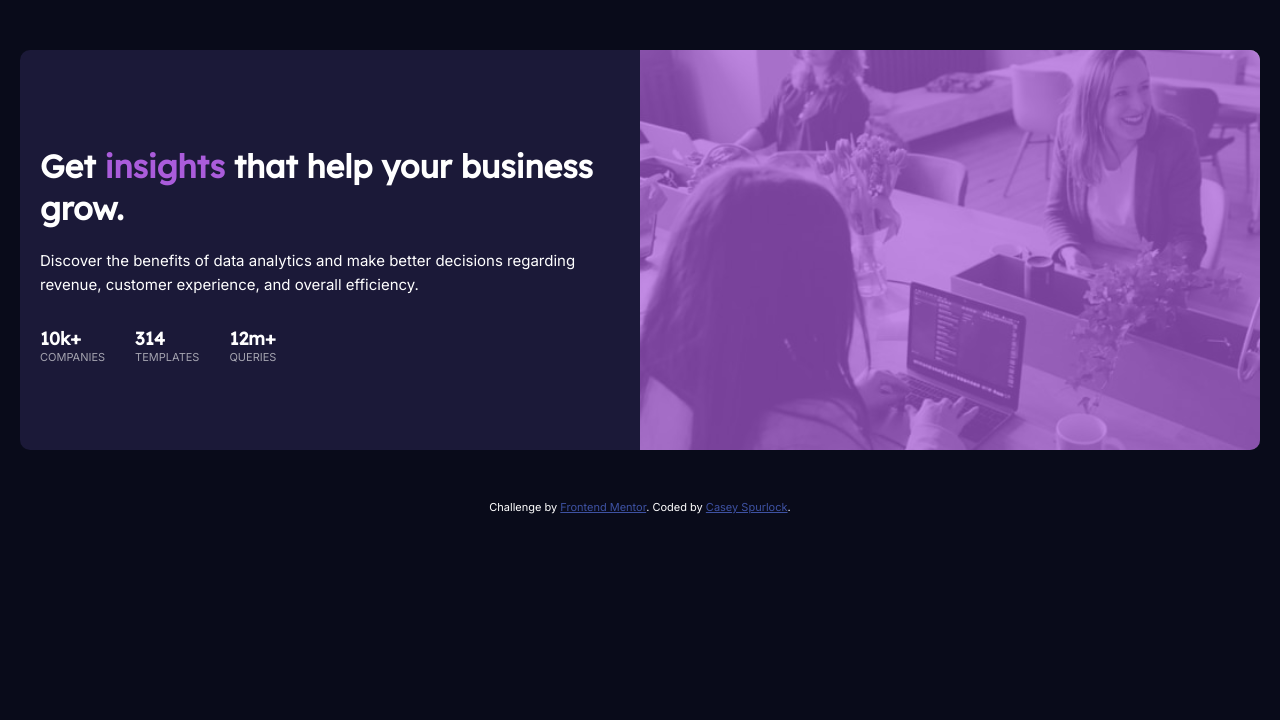
Repository: CaseySpurlock/stats-prewiew-component
Page: index.html
An editor plug-in stored every save of this project. The page is shown before and after the next save, followed by the edit.
The browser window is 1280 px wide. The pictures show the whole page.

Above is the page before, as saved 2021-06-22 12:31:08.

### index.html
<!DOCTYPE html>
<html lang="en">
<head>
  <meta charset="UTF-8">
  <meta name="viewport" content="width=device-width, initial-scale=1.0"> <!-- displays site properly based on user's device -->

  <link rel="icon" type="image/png" sizes="32x32" href="./images/favicon-32x32.png">

  <title>Frontend Mentor | Stats preview card component</title>

  <link rel="stylesheet" href="styles.css">
  <link rel="preconnect" href="https://fonts.googleapis.com">
  <link rel="preconnect" href="https://fonts.gstatic.com" crossorigin>
  <link href="https://fonts.googleapis.com/css2?family=Inter:wght@400;700&family=Lexend+Deca&display=swap" rel="stylesheet">

</head>

<body>

  <div class="container">
    <div class="card picture">
      <div class="overlay"></div>
    </div>
      <div class="card">
        <h1>Get <span>insights</span> that help your business grow.</h1>
      <p>Discover the benefits of data analytics and make better decisions regarding revenue, customer
        experience, and overall efficiency.</p>
        <ul>
          <li><span>10k+</span> companies</li>
          <li><span>314</span> templates</li>
          <li><span>12m+ </span> queries</li>
      </div>
      </div>








  <div class="attribution">
    Challenge by <a href="https://www.frontendmentor.io?ref=challenge" target="_blank">Frontend Mentor</a>.
    Coded by <a href="#">Casey Spurlock</a>.
  </div>
</body>
</html>

### styles.css
:root {
    --Very-dark-blue: hsl(233, 47%, 7%);
    --Dark-desaturated-blue: hsl(244, 38%, 16%);
    --Soft-violet: hsl(277, 64%, 61%);
    --White: hsl(0, 0%, 100%);
    --Slightly-transparent -white: hsla(0, 0%, 100%, 0.75);
    --Slightly-transparent-white: hsla(0, 0%, 100%, 0.6);
}

* {
    margin: 0;
    padding: 0;
    box-sizing: border-box;
}

img {
    max-width: 100%;
}

ul {
    list-style-type: none;
}

body {
    font-family: "Inter", sans-serif;
    background-color: var(--Very-dark-blue);
}

p {
    font-size: 15px;
    line-height: 1.6;
}

.container {
    background-color: var(--Dark-desaturated-blue);
    color: var(--White);
    margin: 50px 20px;
    padding: 0 0 20px;
    border-radius: 10px;
    text-align: center;
}

.container .picture  {
    background: url(./images/image-header-mobile.jpg)
    no-repeat center/cover;
    height: 400px;
    min-width: 50%;
    border-radius: 10px 10px 0 0;
}

.container .picture .overlay {
    background-color: hsl(277, 64%, 61%, .7);
    height: 400px;
    border-radius: 10px 10px 0 0;
}

.container .card p {
    padding: 0 20px;
    margin-bottom: 30px;
}

.container .card h1 {
    margin: 30px 0 20px;
    padding: 0 20px;
    line-height: 1.3;
    font-family: "lexend deca", sans-serif;
}

.container .card h1 span {
    color: var(--Soft-violet);
}

.container .card ul li {
    margin-bottom: 20px;
    text-transform: uppercase;
    color: hsla(0, 0%, 100%, 0.6);
}

.container .card ul li span {
    color: var(--White);
    display: block;
    text-transform: lowercase;
    font-weight: 700;
    font-family: "lexend deca", sans-serif;
}

.container .card ul {
    padding-left: 20px;
    display: flex;
}

.attribution {
    font-size: 11px;
    text-align: center;
    color: white;
    padding-bottom: 20px;
}
.attribution a {
    color: hsl(228, 45%, 44%);
}

@media (min-width: 768px) {
    .container {
        display: flex;
        flex-direction: row-reverse;
        align-items: center;
        justify-content: center;
        padding: 0;
        text-align: left;
    }

    .container .picture {
        background: url(./images/image-header-desktop.jpg) no-repeat center/cover;
        min-width: 50%;
        border-radius: 0 10px 10px 0;
    }

    .container .picture .overlay {
        background-color: hsl(277, 64%, 61%, .7);
        height: 400px;
        border-radius: 0 10px 10px 0;
    }

    .container .card ul li {

        margin-right: 30px;
        font-size: 11px;
    }

    .container .card ul li span {
        display: block;
        text-transform: lowercase;
        font-weight: 700;
        font-family: "lexend deca", sans-serif;
        font-size: 18px;
    }
}

After the next save:
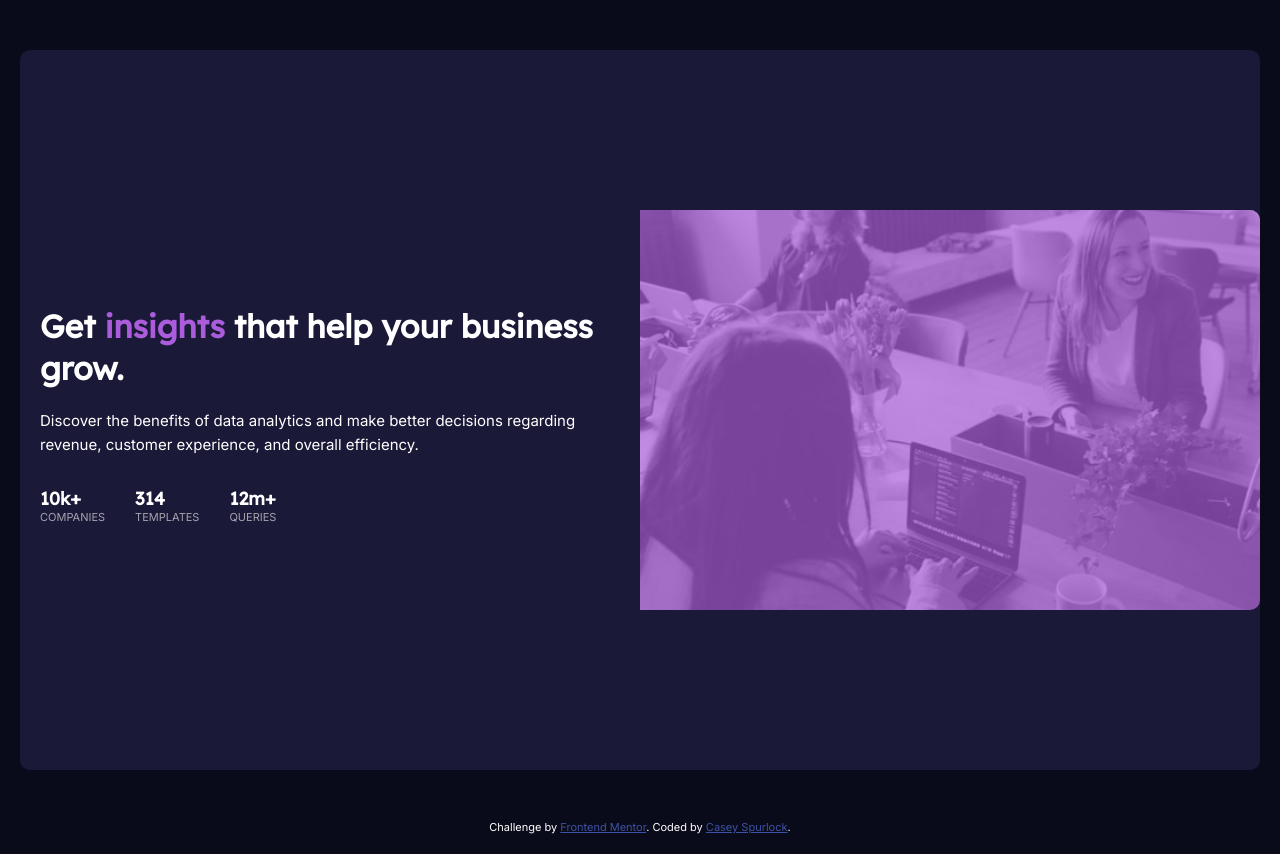
Saved 84 s later.
--- a/styles.css
+++ b/styles.css
@@ -135,3 +135,9 @@
         font-size: 18px;
     }
 }
+
+@media (min-width: 992px) {
+    .container {
+        min-height: 100vh;
+    }
+}
